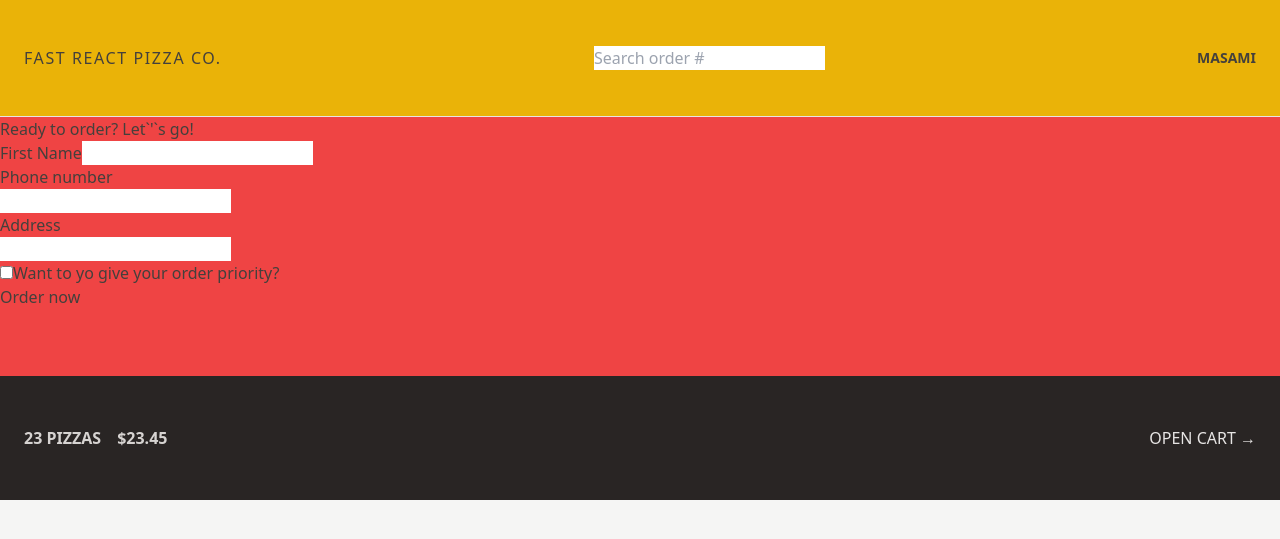
Repository: masamichan/pizza-vite
Page: /order/new
An editor plug-in stored every save of this project. The page is shown before and after the next save, followed by the edit.
The browser window is 1280 px wide. The pictures show the whole page.
The project was rebuilt for these pictures with package versions that can differ from the ones it lists, and the page was loaded fresh each time. Also part of the build but not shown: vite.config.js, src/ui/Home.jsx, src/utils/helpers.js, src/features/menu/MenuItem.jsx, src/features/menu/Menu.jsx, src/features/cart/Cart.jsx, src/features/order/Order.jsx, src/ui/Loader.jsx and 1 more. Imported but missing from the stored project, and not drawn on this page: src/features/user/CreateUser.

Above is the page before, as saved 2023-12-22 10:39:02.

After the next save:
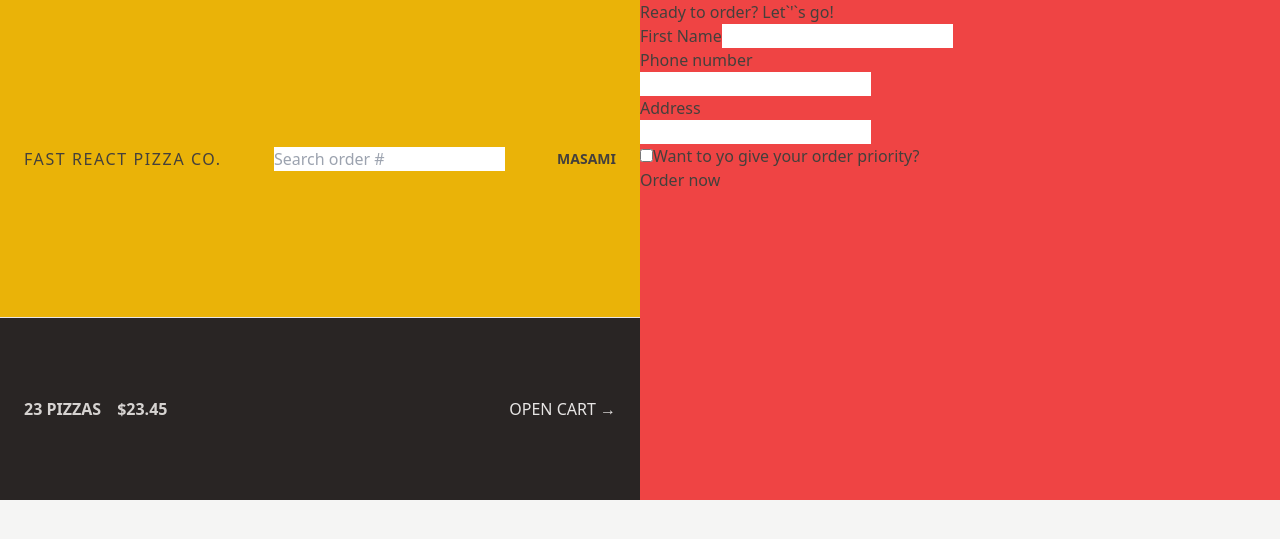
Saved 2 min 4 s later.
--- a/src/ui/AppLayout.jsx
+++ b/src/ui/AppLayout.jsx
@@ -7,7 +7,7 @@
   const navigation = useNavigation();
   const isLoading = navigation.state === 'loading';
   return (
-    <div className="grid-row-3 grid h-[500px] bg-red-500">
+    <div className="grid-row-3 grid h-[500px]  grid-cols-2 bg-red-500">
       {isLoading && <Loader />}
 
       <Header />

After the 2 saves that followed:
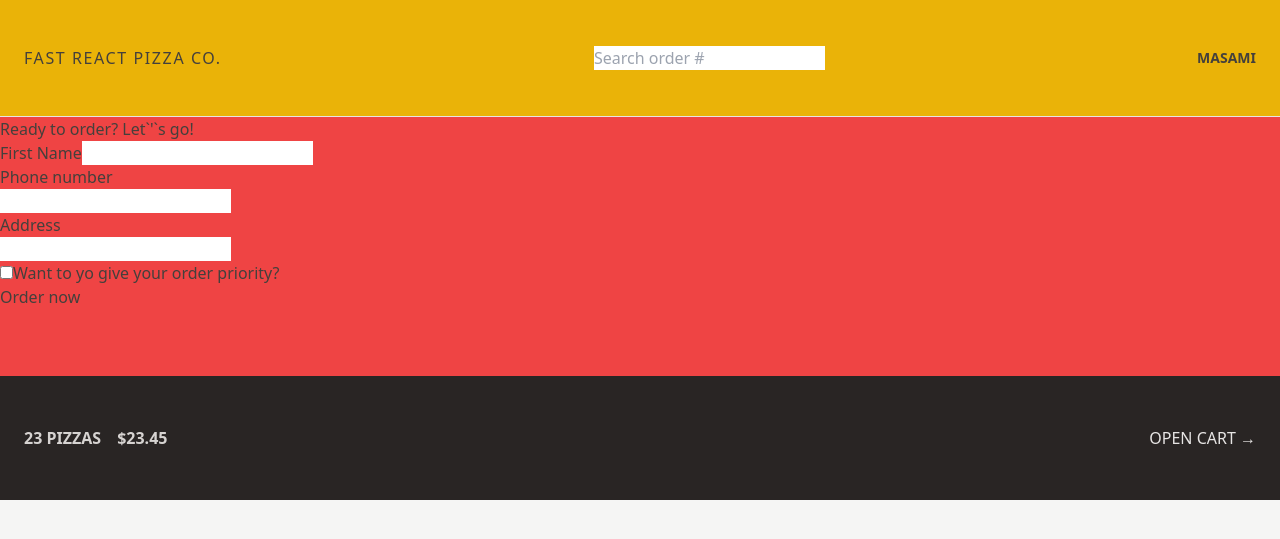
The 2 saves are shown as one change because they came seconds apart.
The last was saved 21 s later.
--- a/src/ui/AppLayout.jsx
+++ b/src/ui/AppLayout.jsx
@@ -7,7 +7,7 @@
   const navigation = useNavigation();
   const isLoading = navigation.state === 'loading';
   return (
-    <div className="grid-row-3 grid h-[500px]  grid-cols-2 bg-red-500">
+    <div className="grid-row-3 grid h-[500px]  bg-red-500">
       {isLoading && <Loader />}
 
       <Header />
